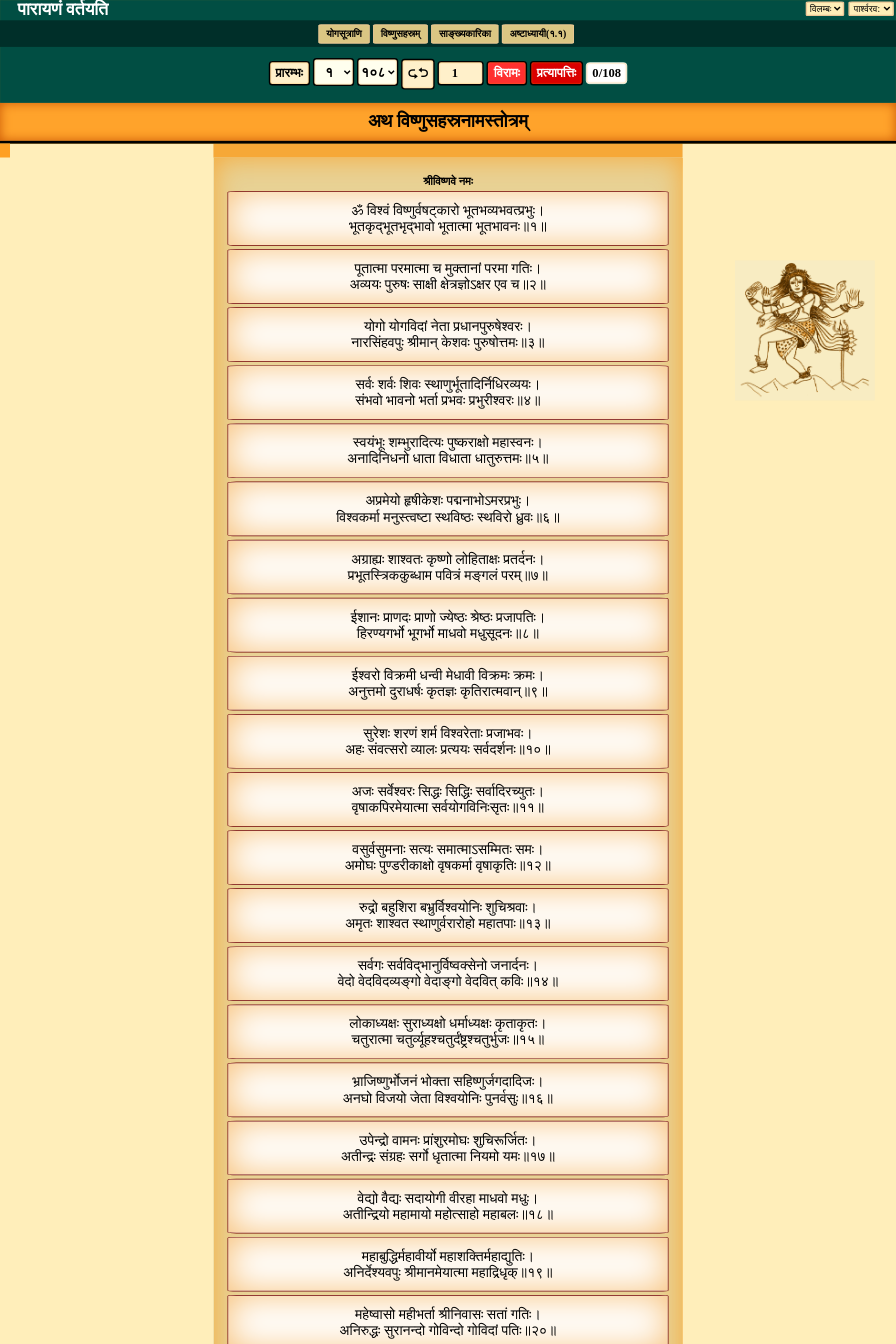
Repository: arshavak/vishnu-sahasranam
Page: index.html
The author's editor kept a copy of each file at every save. The page is drawn from the files as they stood at one save, then again after the next save.
The browser window is 1280 px wide. The pictures show the part of the page from y = 0 to 1920 px (the page is 9292 px tall before and 9274 px after), at 70% of full size.

Above is the page before, as saved 2024-12-30 12:52:10.
Not found: scripts/sanskrittime.js

### index.html
<!DOCTYPE html>
<html>
<head>
<meta charset="UTF-8">
  <link rel="icon" type="image/png" href="style/backgrounds/23.png">
<title>विष्णुसहस्रनामस्तोत्रम्</title>
<meta name="viewport" content="width=device-width, initial-scale=1.0">
<link rel="stylesheet" type="text/css" href="style/style.css"/>
<!-- <link rel="stylesheet" type="text/css" href="style/themes.css"/> -->
</head>
<body class="body">
  <div class="player">
    <div class="Time">
      <span class="main-header">पारायणं वर्तयति</span>
      <div class="clock">
        <span id="ghanta" class="time-span"></span>
        <span id="minat" class="time-span"></span>
      </div>

      <select id="number" class="bgsound setting"></select>
      <select class="timeOut setting">
        <option value="">विलम्बः</option>
        <option value="2">2s</option>
        <option value="3">3s</option>
        <option value="5">5s</option>
        <option value="10">10s</option>
      </select>
  </div>
    <div class="topnavbar"></div>
      <input name="play_button" class="psuGrup play" type="button" value="प्रारम्भः"/>
      <select  id="selector1" class="From selector FromAndTo"></select>
      <select  id="selector2" class="To selector FromAndTo"></select>
      <input name="toggle_btn" type="checkbox" id="check"/>
      <input id="loop" class="loop" type="button" value="&#11150&#11148"/>
      <input id="repeat" value="1" max="99" min="1" type="number"/>
      <!-- <input id="speed" value="1" max="4" min=".5" step="0.1" type="number"/>   -->
      <input name="stop_button" class="psuGrup stop" type="button" value="विरामः"/>
      <input class="reset psuGrup" type="button" value="प्रत्यापत्तिः"/>
      <input id="suchna" type="button" class="psuGrup suchna"/>
      <div class="heading">अथ विष्णुसहस्रनामस्तोत्रम्</div>
      <div class="progress-container">
        <div class="progress-bar" id="myBar"></div>
      </div>
    </div>
      <div id="imageRight">
        <image class="image" src="style/backgrounds/0.png" width="200px" height="200px"></image>
      </div>
      <!-- <div id="imageLeft">
        <image class="image" src="style/backgrounds/0.png" width="200px" height="200px"></image>
      </div> -->
      <div class="timeStamp"></div>
      <div class="container"></div>
    <script type="text/javascript" src="scripts/visnusahastranamScript.js"></script>
    <script type="text/javascript" src="scripts/MainScript.js"></script>
    <script type="text/javascript" src="scripts/sanskrittime.js"></script>
  </body>

</html>

### style/style.css
/* Styles for the player container */
*{
margin:0px;
padding: 0px;
text-align: center;
/*background-color: #f8ecc2;*/
font-family:gargi;
}
html{
  scroll-behavior: smooth;
}
::-webkit-scrollbar{
  display: none;
}
body {
  /* background-image: url("backgrounds/jharna.jpg");
  background-repeat:no-repeat;
  background-size:cover;
  background-attachment:fixed; */
  scrollbar-width: none;
  -ms-overflow-style: none;
/* background-color: #e8d295; */
  background-color:#ffeeba
  ;
  /* border: 4px solid #000; */
}

/* #myVideo {
  position: fixed;
  right: 0;
  bottom: 0;
  min-width: 100%;
  min-height: 100%;
  z-index: 1;
} */

.heading{
  padding-bottom: 12px;
  padding-top: 12px;
  margin-top: 15px;
  background-color:#ffa32b;
  /* background-image: url("backgrounds/R.jpg");*/
  /* background-repeat:no-repeat;
  background-size:cover;
  background-attachment: fixed; */
  color: rgb(0, 0, 0);
  /* width: 100%; */
  position: relative;
  /* top:500; */
  font-weight: 800;
  /* text-shadow: 2px 2px 5px rgb(255, 170, 0); */
   font-size:26px;
   box-shadow: inset 0px 0px 15px #cb5805;

}

.progress-container {
  width: 100%;
  height: 4px;
  background: #000000;
}

.progress-bar {
  height: 4px;
  background: #ffa32b;
  width: 0%;
}

.topnavbar{
  position: relative;
  padding: 10px 10px 10px 10px;
  margin-bottom: 15px;
  background-color:#002f29;
 text-align: center;
 box-shadow: inset 0px 0px 0px #0a0a0a;
 /* height: 30px; */
 /* overflow: scroll; */
}

.Time{
    /* background-image: url("backgrounds/jharna.jpg"); */
    background-repeat:no-repeat;
    background-size:cover;
    background-attachment: fixed;
 /* margin-top: 5px; */
 padding: 0px;
 /* background-color: #d47500;
 box-shadow: inset 0px 0px 5px  #cb5805; */
 color: rgb(0, 0, 0);
 text-align: left;
  }


  .clock{
    padding: 1px 5px 1px 5px;
    position: fixed;
    left: 0px;
    background-color: #ffffff;
  color: rgb(0, 0, 0);
  box-shadow: inset 0px 0px 35px #ff9100;
  cursor: not-allowed;
  text-align: center;
  }

.time-span{
  cursor: not-allowed;
  padding: 1px 1px 1px 1px;

}


  .main-header{
    padding: 5px 5px 5px 5px;
    font-size: 25px;
    /* text-shadow: -3px 5px 5px rgb(55, 184, 164); */
    font-weight:800;
    color: #ffffff;
    margin-left: 20px;
  }



.setting{
  margin: 3px;
  float: right;
  border-radius: 8%;
  cursor: pointer;
  margin-top: 2px;
  display: block;
  background-color: #ffeeb8;
  border: 2px solid #edc696;
}

.timeStamp{
display: none;
background-color:#f8ecc2;
color :rgb(0, 0, 0);
position :fixed;
right :0px;
font-size :16px;
font-weight :900;
padding :4px 14px 4px 14px;
box-shadow: inset 0px 0px 15px #ff8e03;
border-radius: 5%;
  }

  .disabled-link{
  position: relative;
  text-decoration: none;
  text-transform: unset;
  font-size: 14px;
  background-color: #dac683;
  color: #000000;
  padding: 5px 10px 5px 10px;
  border-radius: 5%;
  font-weight: 600;
  border: .8px solid #efc899;
  margin-right: 5px;
}

.disabled-link:hover{
  background-color: #fff9a7;
  text-decoration: underline;
}

.player {
  display: block;
  position: fixed;
  top: 0px;
  align-items: center;
  /* background-image: url("backgrounds/astaSuraj.jpg");
  background-repeat:repeat;
  background-size:cover;
  background-attachment: fixed; */
  background-color:rgb(1 78 67);
  width: 99.99%;
  text-align:center;
  color: rgb(29, 1, 1);
  padding-top:0px;
  padding-bottom: 0px;
  box-shadow: inset 0px 0px 1px #ff8e03;

  /* border-bottom: 5px solid #893c01; */
  z-index: 1;
}

/* .bottons{
  background-color:#ff8808;
  display: inline-block;
  box-shadow: inset 0px 0px 25px #ff8e03;
} */

.suchna:active{
  background-color: none !important;
}


#suchna{
cursor:not-allowed;
color: rgb(0, 0, 0);
background-color: #fff;
font-size: 18px;
padding: 4px 8px 4px 8px;
border: 1px solid #ffe;
font-weight: 900;
}

#check{
  display: none;
}

.reset{
  background-color: rgb(218, 0, 0) !important;
  color: #ffffff !important;
}
.stop{
  background-color: rgb(255, 48, 48) !important;
  color: #ffffff !important;
}

/*Styles for the buttons*/
input[type="button"],input[type="number"]{
  padding: 5px 8px 5px 8px;
  margin: 1px 0px 4px 0;
  border: 2px solid #000;
  border-radius: 5px;
  background-color: #fff0ca;
  color: rgb(0, 0, 0);
  font-size: 18px;
  cursor: pointer;
  font-weight: 800;
  flex-direction: row;
  box-shadow: inset 0px 0px 2px #ff9100;
  outline: none;
}

input[type="number"]{
  padding: 5px 2px 5px 0px;
  margin: 1px 0px 4px 0px;
  border: 2px solid #000;
  border-radius: 5px;
  background-color: #fff0ca;
  color: rgb(0, 0, 0);
  font-size: 18px;
  cursor: pointer;
  font-weight: 800;
  flex-direction: row;
  box-shadow: inset 0px 0px 2px #ff9100;
  outline: none;
}

input[type="button"]:hover{
  background-color: #14ff76;
  color: #0b0b0b;
}


.selector{
  text-align:center;
  outline:none;
  /*background-color: rgb(98, 255, 101);*/
  border-radius: 5px;
  height: 40px;
  border: 2px solid #000;
  border-radius: 5px;
  background-color:#ffe;
  color: #000;
  font-size: 20px;
  cursor: pointer;
  font-weight: 800;
  flex-direction: row;
  /* padding: 3px 3px; */
  margin: 1px 0px 4px 0;
  box-shadow: inset 0px 0px 2px #ff9100;

}

/* Styles for the keys container */
.container {
position: relative;
/* z-index: -1; */
 /* display: inline-block;  */
word-wrap: break-word;
/* margin-top: 180px; */
font-size:16px ;
text-align:center;
padding: 25px 15px 40px 15px;
background-color: #e8d295;
width: 75%;
margin-left:auto;
margin-right:auto;
border-top: 20px solid #ff9100a1;
border-bottom: 20px solid #ff9100a1;
border-bottom-style: inset 0px 0px 40px #ff9100a1;;
border-top-style: inset 0px 0px 40px #ff9100a1;;
box-shadow: inset 0px 0px 40px #ff9100a1;
margin-top:0px;

}

label{
  font-size: 15px;
}
/* Styles for the key divs */
.key {
  /* display:inline-block; */
  /* flex-direction: column; */
  /* text-align: right; */
  /* width: 90%; */
  margin: 5px;
  border: .2px ridge #730000;
  border-radius: 2%;
  /* cursor: pointer; */
  transition: all 0.2s ease-in-out;
  font-size:20px;
  font-weight: 300;
  padding: 15px 5px 15px 5px;
  background-color: #ffffff;
  box-shadow: inset 0px 0px 50px #f7c077;

}

.key.active {
  border: 2px solid #c16b02;
  /* display:inline-block; */
  top: 200px;
  font-weight: 600;
  /* text-shadow: 1px 1px 4px rgb(255, 249, 70); */
  background-color: rgb(253, 253, 197);
  box-shadow: inset 6px 0px 5px  #ff9100 ;
  animation: blink .8s infinite;
  font-size: 25px;
}

@keyframes blink {
  50%{
    border: 2px solid #f2d56b;
    /* border-radius: 15%; */
    /* background-color: #fceba5; */
     box-shadow: inset 0px 0px 0px #ff9100;
  }
}

@keyframes indexblink {
  50%{
    /* border: 1px solid #000000; */
    /* border-radius: 15%; */
     background-color: #00e043;
     box-shadow: inset 0px 0px 0px #ff9100;
  }
}


.rbtn.for-repeat {
  background-color: rgb(40, 252, 29);
  color:rgb(0, 0, 0);
}

/* Styles for the audio elements */
audio {
  display: none !important;
}
#imageRight {
  z-index: -1;
  position: fixed;
  bottom:20%;
  right:30px;

}

#imageLeft {
  z-index: -1;
  position: fixed;
  bottom:20%;
  left:30px;
}

.title{
  margin-left: 10px;
  float: left;
}

@media screen and (max-width: 867px) {
  /* .container {top:50px;} */
   #imageRight,#imageLeft{
    display:none;
  }
}

@media screen and (max-width: 1200px) {
  /* .container {top:80px;} */
   #imageRight,#imageLeft{
    display:none;
  }

  .clock{
    display: none;
  }
}

@media screen and (max-width: 500px) {

  .setting{
    display: none;
  }

  .main-header{
    padding: 5px 5px 5px 5px;
    font-size: 25px;
    /* text-shadow: -3px 5px 5px rgb(55, 184, 164); */
    font-weight:800;
    color: #ffffff;

  }
}


@media screen and (min-width: 100px) {
  .container {
    width: 95%;
  }

}

@media screen and (min-width: 1200px) {
  .container {
    width: 50%;
  }
}

.disabled{
  cursor:not-allowed;
}

.disabled:hover{
  text-decoration: none;
  background-color: none;
}

/* .image{
  animation: lip .5s infinite
}
@keyframes lip {
  50%{
    width: 190px;
    height: 190px;

  }
} */

/*  */

/* a.index{
  font-size: 10px;
  line-height: 0px;
  padding: 0px 15px 0px 15px;
  margin-right: 10px;
  font-weight: 600;
  border-radius: 10px;
  cursor: pointer;
  text-decoration: none;
  color: rgb(0, 0, 0);
}

a.index:hover{
  text-decoration: none;
  color: #ff2121;
} */

/* .indeX{
  background-color: wheat !important;
  font-size: 16px;
  cursor: pointer;
  margin-right: 5px;
}

.indeX:hover{
  text-decoration: none;
} */
/* .cot{
  display: none;
}
 */

### scripts/MainScript.js
const topnavbar = document.querySelector(".topnavbar");
function createLinks() {
  // Create an array of objects with URL and link text
  const links = [

    { url: 'YogSutrani.php', text: 'योगसूत्राणि' },
    { url: 'VisnuSahastranam.php', text: 'विष्णुसहस्रम्' },
    { url: 'SankhyaKarika.php', text: 'साङ्ख्यकारिका' },
    { url: 'Ast_1_1.php', text: 'अष्टाध्यायी(१.१)' }
  ];
  // Loop through the array and create links
  for (let i = 0; i < links.length; i++) {
    const link = document.createElement('a');
    link.setAttribute('target', '_blank');
    link.setAttribute('class', 'disabled-link');
    link.href = links[i].url;
    link.textContent = links[i].text;
    topnavbar.appendChild(link); // Append link to the topnavbar
  }
}
// Call the function to create links
createLinks();

//current page link disaable function
const currentUrl = window.location.href;
const disabledLinks = document.querySelectorAll(".disabled-link");

// var links =[];
//   var currWin = window;
//   for(var i =0; i<currWin.document.links.length; i++){
//     links.push(currWin.document.links[i].href);
//   }

disabledLinks.forEach(link => {
if(link.href === currentUrl){
  link.addEventListener("click", e => {
    e.preventDefault();
  });
  link.classList.add("disabled");
 }
});


// function for repeating selection
var repeats = "";
var inp = document.getElementById("repeat");
inp.addEventListener("input", ()=>{
  repeats=inp.value;
});




// const Allrepeatbtns = document.querySelectorAll(".rbtn");
// let activeBtn = null;
// Allrepeatbtns.forEach((ript)=> {
//   ript.addEventListener("click", () => {
//     if (activeBtn && activeBtn !== ript) {
//       activeBtn.classList.remove("for-repeat");
//     }
//     else if (activeBtn === ript) {
//       ript.classList.remove("for-repeat");
//       activeBtn = null;
//       repeats = 0;
//       return;
//     }
//     // repeats = ript.value.charAt(0);
//     repeats = document.getElementById("repeat").value;
//     ript.classList.add("for-repeat");
//     activeBtn = ript;
//   })
// });
// Add click event listeners to the play and stop buttons
const stopButton = document.querySelector('[name="stop_button"]');
const playButton = document.querySelector('[name="play_button"]');
const checkBox = document.querySelector('#check');
const timeOutSecind = document.querySelector(".timeOut");
var speed = document.querySelector("#speed");
let audio;
let audioDuration;
//  let num = 0;
playButton.addEventListener('click', () => {
  //  if(num===0){
  //    num = 1;
  //   playButton.value = "pause";
  let startIndex = selector1.value - 1;
  let lastIndex = selector2.value;
   const playNextKey = () => {
    if(audio){
      audio.pause();
      audio.currentTime = 0;
       keys.forEach(key => {
      key.classList.remove('active');
      });
    }
    if (startIndex < lastIndex) {
      const key = keys[startIndex];
      audio = key.querySelector('audio');
      let playCount = 0;
      const playOnce = () => {
        if (playCount < (Number(repeats))-1) {
        //    if(playCount!==1) {
        //      audio.volume = .1;
        //      audio.playbackRate = 1.5;
        //  }
          setTimeout(() => {
          audioDuration = audio.duration;
          audio.playbackRate = speed.value;
          audio.play();
          playCount++;
          }, timeOutSecind.value*1000);
        } else {
          audio.removeEventListener('ended', playOnce);
          setTimeout(() => {
            key.classList.remove('active');
            playNextKey();
          }, timeOutSecind.value*1000);
        }
      };
      audioDuration = audio.duration;
      audio.currentTime = 0;
      audio.playbackRate = speed.value;
      audio.play();
      audio.addEventListener('ended', playOnce );
      audio.addEventListener('play', scrollActiveDiv );
      audio.addEventListener("play", playButtonStyleAdd);
      audio.addEventListener('ended', playButtonStyleRemove);
      audio.addEventListener("play", indexUpdate);
      audio.addEventListener("ended", timerOutput)
      key.classList.add('active');
      startIndex++;
      // audio.removeEventListener("ended", timerOutput);

      // chacking the Loopbutton is chacked or not checked
        if(checkBox.checked && startIndex == lastIndex){
          // alert("Please");
          startIndex = selector1.value - 1;
      }
    }
  };

  playNextKey();
// }else{
//   playButton.value = "play";
//   audio.pause();
//   num = 0;
// }
});


// Add click event listeners to the stop button
stopButton.addEventListener('click', () => {
  // playButton.value = "play";
   window.scrollTo(0, 0);
  // hideSpeackerSymbol();
  playButton.style.backgroundColor = "";
  playButton.style.color = "";
  keys.forEach(key => {
    const audio = key.querySelector('audio');
    audio.pause();
    audio.currentTime = 0;
    key.classList.remove('active');
  });
  bgsound.pause();
});

// Reset the current audio element
window.scrollTo({top:0, behavior: 'smooth'});
const reset = document.querySelector(".reset");
reset.addEventListener('click', () => {
// window.scrollTo({top:0, behavior: 'smooth'});
// setTimeout(() => {
location.reload();
// },1000);
});


  //buttons for loop
  const loopbtn = document.querySelector(".loop");
  const checkbox = document.querySelector("#check");
  loopbtn.addEventListener("click",  ()=> {
  checkbox.checked = !checkBox.checked;
  if(checkBox.checked){
    loopbtn.style.backgroundColor = "rgb(40, 252, 29)";
    loopbtn.style.color = "#000";
    // document.querySelector(".From").disabled = false;
    // document.querySelector(".To").disabled = false;

  }else{
    loopbtn.style.backgroundColor = "";
    loopbtn.style.color = "";
    // document.querySelector(".From").disabled = true;
    // document.querySelector(".To").disabled = true;

  }
  });

//background sounds 1111111111111111111
  const selector = document.querySelector('#number');
  for(var i=0; i<50; i++) {
    var option = document.createElement('option');
    option.text = "ध्वनिः "+ (i);
    option.value = i;
    selector.appendChild(option);
  }

  const firstOption = selector.querySelector("option:first-child");
  firstOption.textContent = "पार्श्वरव:"

  //background sounds 222222222222222222
let soundNumber = document.querySelector("#number");
soundNumber.style.outline = "none";
let bgsound;
selector.addEventListener("change", function backgroundMusic(){
  if (bgsound) {bgsound.pause();}
  bgsound = new Audio(`prishthbhumi-dhvani/dhvani (${soundNumber.value}).mp3`);
  bgsound.loop = true;
  bgsound.volume = 0.5;
  bgsound.play();
});

//scrolling to top of screen
function scrollActiveDiv() {
  const activeDiv = document.querySelector('.active');
  if (activeDiv) {
    const activeDivPosition = activeDiv.offsetTop;
    window.scrollTo({
      top: activeDivPosition - 150,
      behavior: 'smooth'
    });
  }
}


// function for indexUpdate
const indexUpdating = document.querySelector("#suchna");
indexUpdating.value = "0" + "/" + divLen;
function indexUpdate(){
const suchna = document.querySelector("#suchna");
let activeIndex = 1;
for (let i = 1; i < divLen; i++){
  if(keys[i].classList.contains("active")){
    activeIndex = i+1;
    break;
  }
}
suchna.value = activeIndex +"/"+ divLen;
}



//function for Timer
const timeStamp = document.querySelector(".timeStamp");
function timerOutput(){
  let count = timeOutSecind.value;
  let timer = setInterval(function(){
    timeStamp.style.display = "block";

    count--;
    if(count < 10){
      timeStamp.innerHTML = "प्रतीक्षस्व"+ " " + "00" + ":0" + count;
    }else{
      timeStamp.innerHTML = "प्रतीक्षस्व"+ " " + "00" + ":" + count;
    }
     if(count<=0){
      clearInterval(timer);
      timeStamp.style.display = "none";

    }
  },1000);
  document.body.appendChild(timeStamp);
}


// play Button Style
function playButtonStyleAdd(){
  playButton.style.backgroundColor = "rgb(40, 252, 29)";
  playButton.style.color = "#000";
  }
  function playButtonStyleRemove(){
   playButton.style.backgroundColor = "";
   playButton.style.color = "";
   }


//function for index blinking
let n = 0;
function blinking() {
// const play_button = document.querySelector('[name="play_button]')
if(n==0 && playButton.style.backgroundColor === "rgb(40, 252, 29)"){
indexUpdating.style.animation = "indexblink 1s infinite";
n = 1;
}else{
  indexUpdating.style.animation = "";
n = 0;
}
}
setInterval(blinking,2000);

// setTimeout(windowUpdate,2000);
// window risize for time div
const clock = document.querySelector(".clock");
window.addEventListener("resize",windowUpdate);
window.addEventListener("load",windowUpdate);
function windowUpdate(){
const player = document.querySelector(".player");
const playerHeight = player.offsetHeight;
 timeStamp.style.top = playerHeight + "px";
 container.style.top =   playerHeight + "px";
 clock.style.top =   playerHeight + "px";
}



// When the user scrolls the page, execute myFunction
window.onscroll = function() {myFunction()};
function myFunction() {
  var winScroll = document.body.scrollTop || document.documentElement.scrollTop;
  var height = document.documentElement.scrollHeight - document.documentElement.clientHeight;
  var scrolled = (winScroll / height) * 100;
  document.getElementById("myBar").style.width = scrolled + "%";
}



// const digitsMap = {
//   // देवनागरी लिपि के वर्णक्रम को बांग्ला लिपि के वर्णक्रम में बदलें।
//     'अ': 'অ',
//     'आ': 'আ',
//     'इ': 'ই',
//     'ई': 'ঈ',
//     'उ': 'উ',
//     'ऊ': 'ঊ',
//     'ए': 'এ',
//     'ऐ': 'ঐ',
//     'ओ': 'ও',
//     'औ': 'ঔ',
//     'क': 'ক',
//     'ख': 'খ',
//     'ग': 'গ',
//     'घ': 'ঘ',
//     'ङ': 'ঙ',
//     'च': 'চ',
//     'छ': 'ছ',
//     'ज': 'জ',
//     'झ': 'ঝ',
//     'ञ': 'ঞ',
//     'ट': 'ট',
//     'ठ': 'ঠ',
//     'ड': 'ড',
//     'ढ': 'ঢ',
//     'ण': 'ণ',
//     'त': 'ত',
//     'थ': 'থ',
//     'द': 'দ',
//     'ध': 'ধ',
//     'न': 'ন',
//     'प': 'প',
//     'फ': 'ফ',
//     'ब': 'ব',
//     'भ': 'ভ',
//     'म': 'ম',
//     'य': 'য',
//     'र': 'র',
//     'ल': 'ল',
//     'व': 'ব',
//     'श': 'শ',
//     'ष': 'ষ',
//     'स': 'স',
//     'ह': 'হ',
//     'ा': 'া',
//     'ि': 'ি',
//     'ी': 'ী',
//     'ु': 'ু',
//     'ू': 'ূ',
//     'ृ': 'ৃ',
//     'े': 'ে',
//     'ै': 'ৈ',
//     'ो': 'ো',
//     'ौ': 'ৌ',
//     'ं': 'ং',
//     'ः': 'ঃ',
//     '।': '।',
//     '॥': '॥',

// };

// const elements = document.getElementsByTagName('*');

// for (let i = 0; i < elements.length; i++) {
//   const element = elements[i];

//   for (let j = 0; j < element.childNodes.length; j++) {
//     const node = element.childNodes[j];

//     if (node.nodeType === 3) {
//       const text = node.nodeValue;
//       const replacedText = text.replace(/[अआइईउऊऋएऐओऔकखगघङचछजझञ]/g, function(match) {
//         return digitsMap[match];
//       });

//       if (replacedText !== text) {
//         element.replaceChild(document.createTextNode(replacedText), node);
//       }
//     }
//   }
// }




// // सभी audio टैगों को प्राप्त करें
// const audios = document.querySelectorAll('audio');
// // सभी span टैगों को प्राप्त करें
// const spans = document.querySelectorAll('span.indeX');
// // सभी span टैग पर क्लिक करने के लिए एक लूप चलाएं
// spans.forEach((span) => {
//   // क्लिक करने पर संगीत बंद करें और अगला संगीत चलाएं
//   span.addEventListener('click', () => {
//     // सभी ऑडियो टैगों को बंद करें
//     audios.forEach((audio) => {
//       audio.pause();
//       audio.currentTime = 0;
//     });
//     // वर्तमान ऑडियो टैग को चलाएं
//     const audio = span.parentElement.querySelector('audio');
//     audio.play();

//     // सभी divs से active क्लास हटाएं
//     const divs = document.querySelectorAll('.key');
//     divs.forEach((div) => {
//       div.classList.remove('active');
//       audio.addEventListener("ended",  () => {
//         div.classList.remove('active');
//       });
//     });
//     // वर्तमान div को active क्लास दें
//     const currentDiv = audio.parentElement;
//     currentDiv.classList.add('active');
//   });
// });
//  setTimeout(()=>{

//   var text = document.body.innerHTML;
//   var regex1 = /॥(.*?)॥/g;
//   var result1 = text.replace(regex1,'॥<span class="cot">$1</span>');
//  document.body.innerHTML = result1;
//  },2000)

Loaded but not shown: scripts/visnusahastranamScript.js (library)

After the next save:
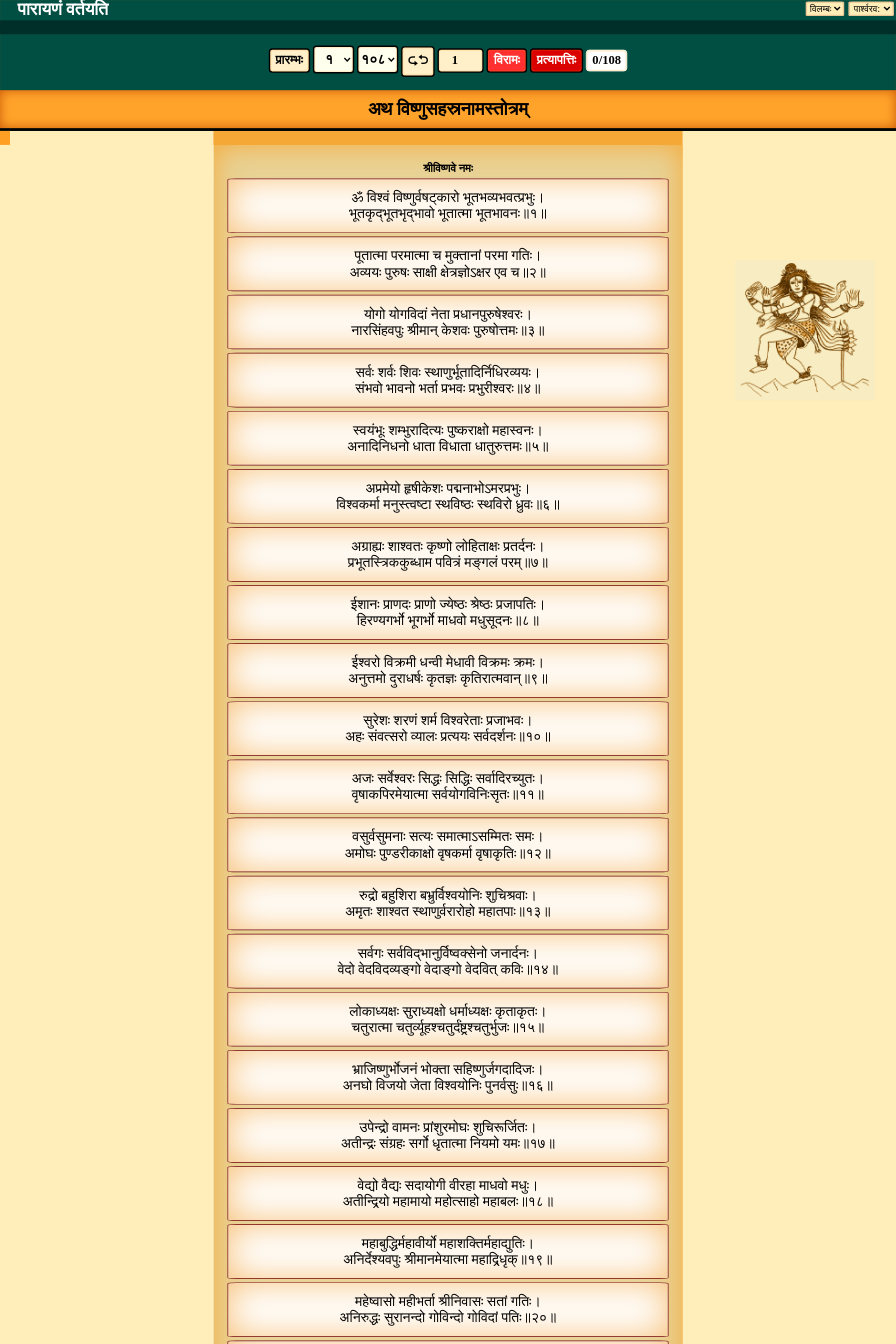
Saved 42 s later.
--- a/scripts/MainScript.js
+++ b/scripts/MainScript.js
@@ -19,7 +19,7 @@ function createLinks() {
   }
 }
 // Call the function to create links
-createLinks();
+// createLinks();
 
 //current page link disaable function
 const currentUrl = window.location.href;
